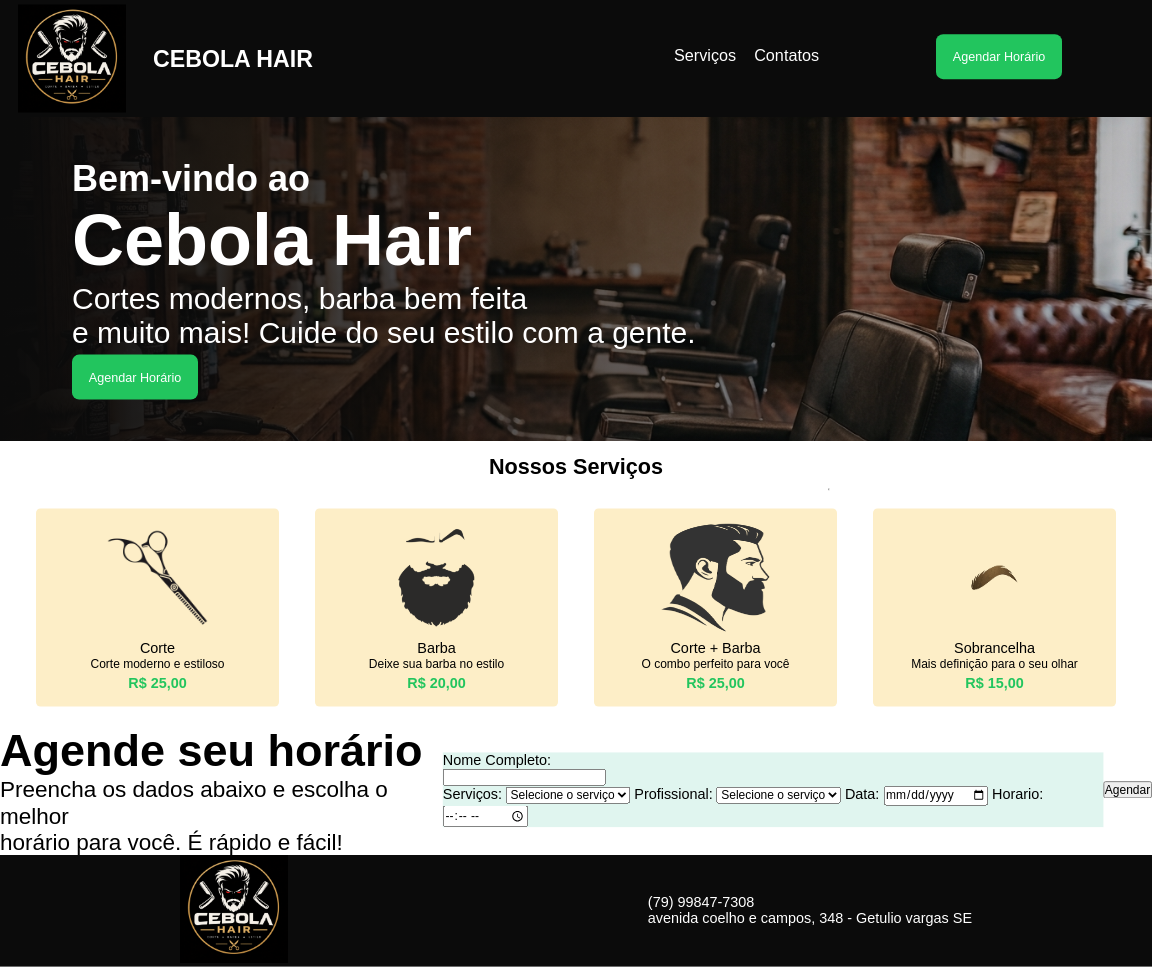
Repository: antonymsantana-design/final.activitie1
Page: index.html
An editor plug-in stored every save of this project. The page is shown before and after a run of saves, followed by the edit.
The browser window is 1280 px wide. The pictures show the whole page, at 90% of full size.

Above is the page before, as saved 2026-09-15 19:33:39.

After the next 2 saves:
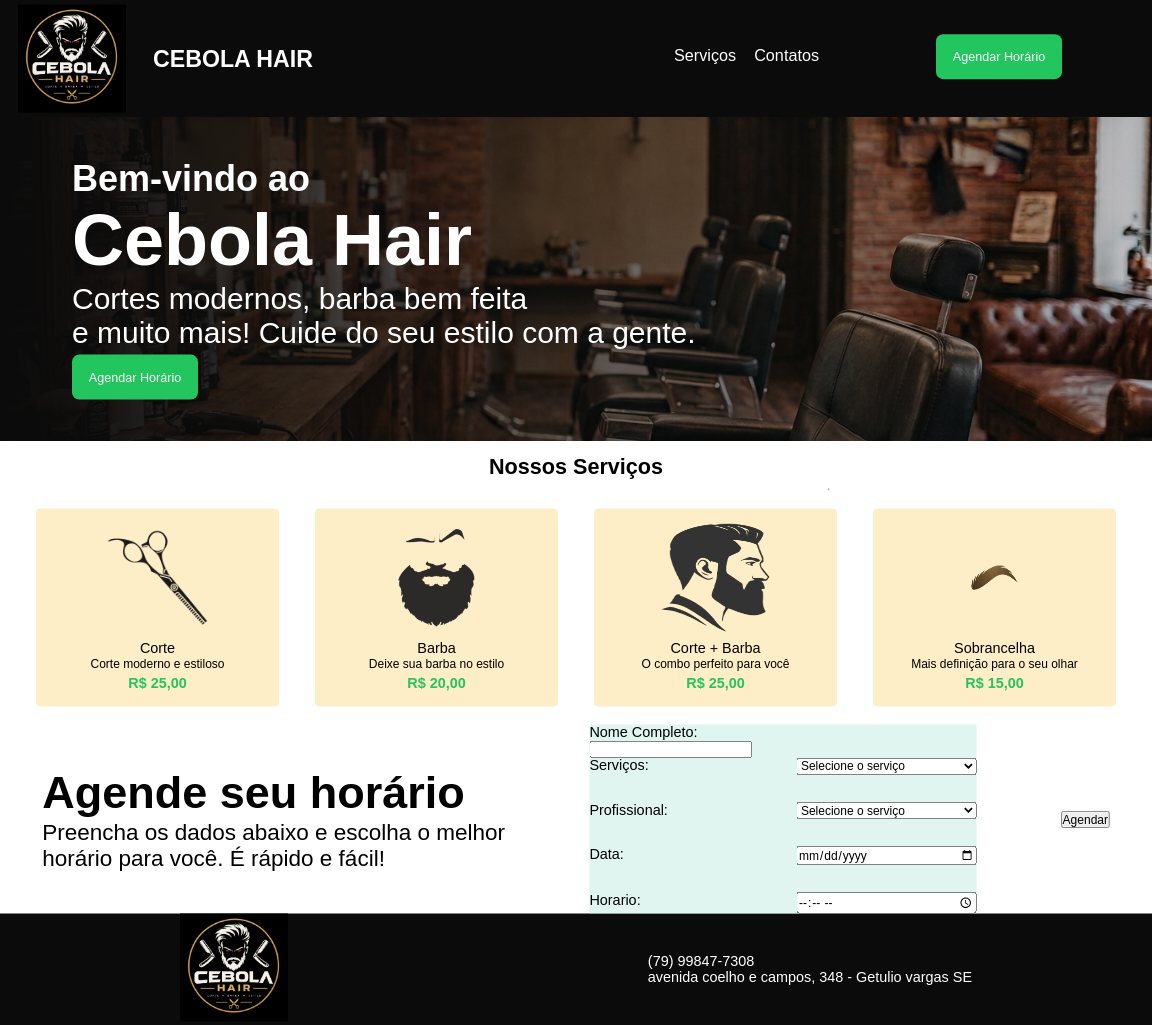
The 2 saves are shown as one change because they came seconds apart.
The last was saved 7 s later.
--- a/index.html
+++ b/index.html
@@ -99,7 +99,7 @@
         <input type="text" name="nome" id="nome" /><br />
 
 
-         <div class="quadrado"></div>
+         <div class="quadrado">
           <label for="serv">Serviços:</label>
           <select name="serv" id="serv">
             <option value="">Selecione o serviço</option>
@@ -121,6 +121,7 @@
 
             <label for="hora">Horario:</label>
             <input type="time" name="hora" id="hora" />
+          </div>
           </div>
 
 
